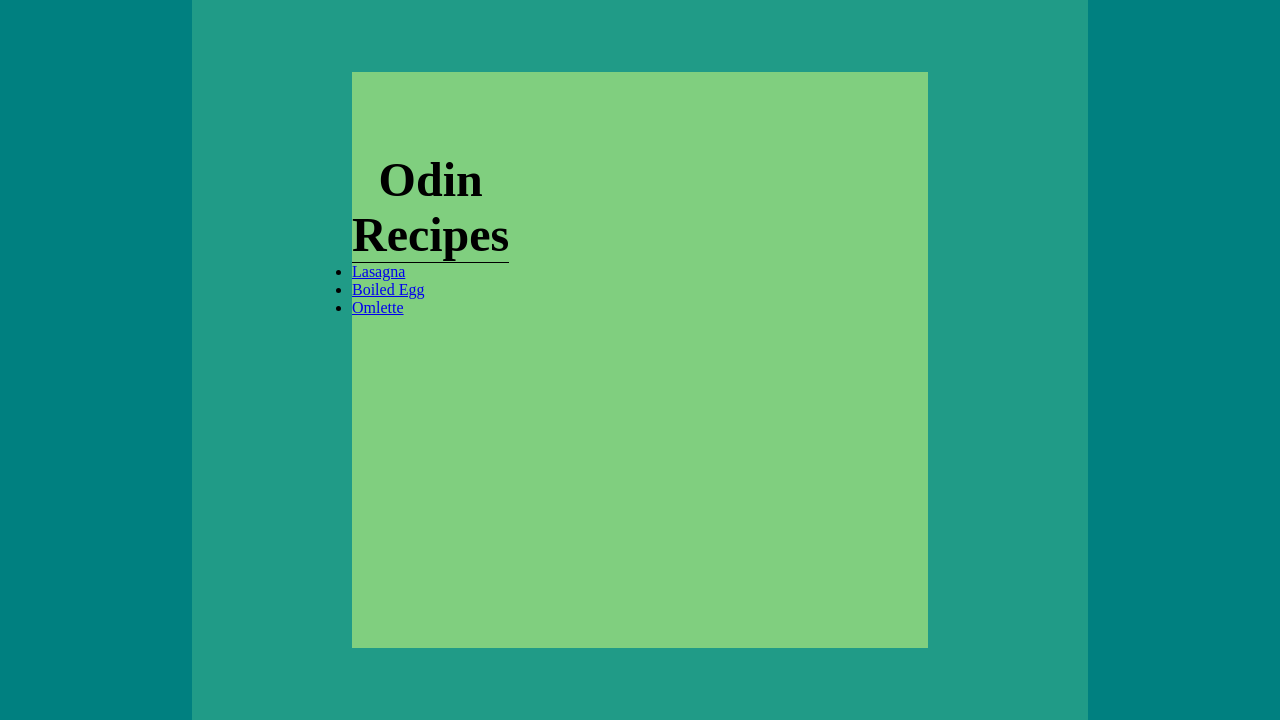
Repository: Pafestivo/odin-recipes
Page: index.html
The author's editor kept a copy of each file at every save. The page is drawn from the files as they stood at one save, then again after a run of saves.
The browser window is 1280 px wide. The pictures show the whole page.

Above is the page before, as saved 2022-09-24 12:30:16.

### index.html
<!DOCTYPE html>
<html lang="en">
<head>
    <meta charset="UTF-8">
    <meta name="viewport" content="width=device-width, initial-scale=1.0">
    <link rel="stylesheet" href="css/styles.css">
    <title>Odin Recipes</title>
</head>
<body>
    <div class="container">
        <div class="inner">
            <h1>Odin Recipes</h1>
            <ul>
                <li><a href="recipes/lasagna.html">Lasagna</a></li>
                <li><a href="recipes/boiled-egg.html">Boiled Egg</a></li>
                <li><a href="recipes/omlette.html">Omlette</a></li>
            </ul>
        </div>
    </div>
</body>
</html>

### css/styles.css
* {
  box-sizing: border-box;
  padding: 0;
  margin: 0;
}

body {
  font-family: serif;
  background-color: #008080;
  padding: 1;
}

.container {
  background-color: #209B87;
  display: flex;
  width: 70vw;
  height: 100vh;
  padding: 1px;
  margin: 0 auto;
}

.inner {
  background-color: #80CF7F;
  width: 45vw;
  height: 80vh;
  margin: auto;
}

h1 {
  text-align: center;
  font-size: 3rem;
  padding: 80px 0 0 0;
  border-bottom: 1px solid black;
  width: min-content;
}

After the next 4 saves:
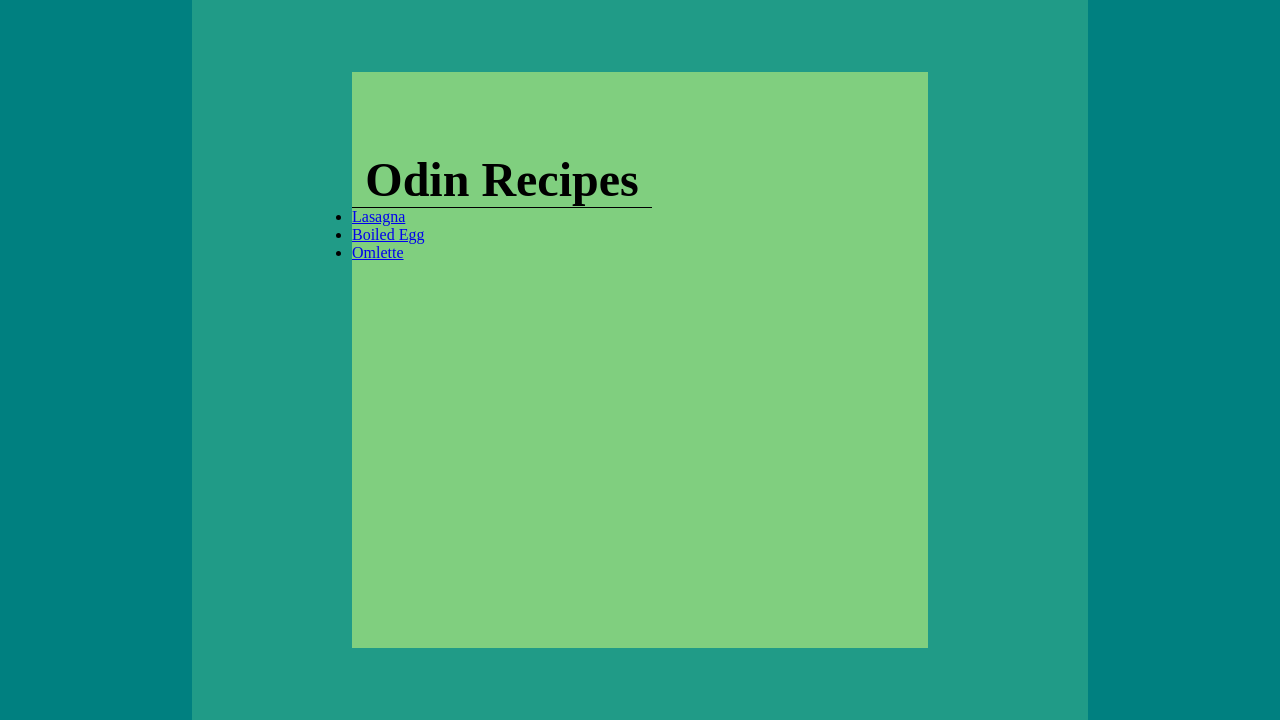
The 4 saves are shown as one change because they came seconds apart.
The last was saved 12 s later.
--- a/css/styles.css
+++ b/css/styles.css
@@ -31,5 +31,5 @@ h1 {
   font-size: 3rem;
   padding: 80px 0 0 0;
   border-bottom: 1px solid black;
-  width: min-content;
+  width: 300px;
 }
